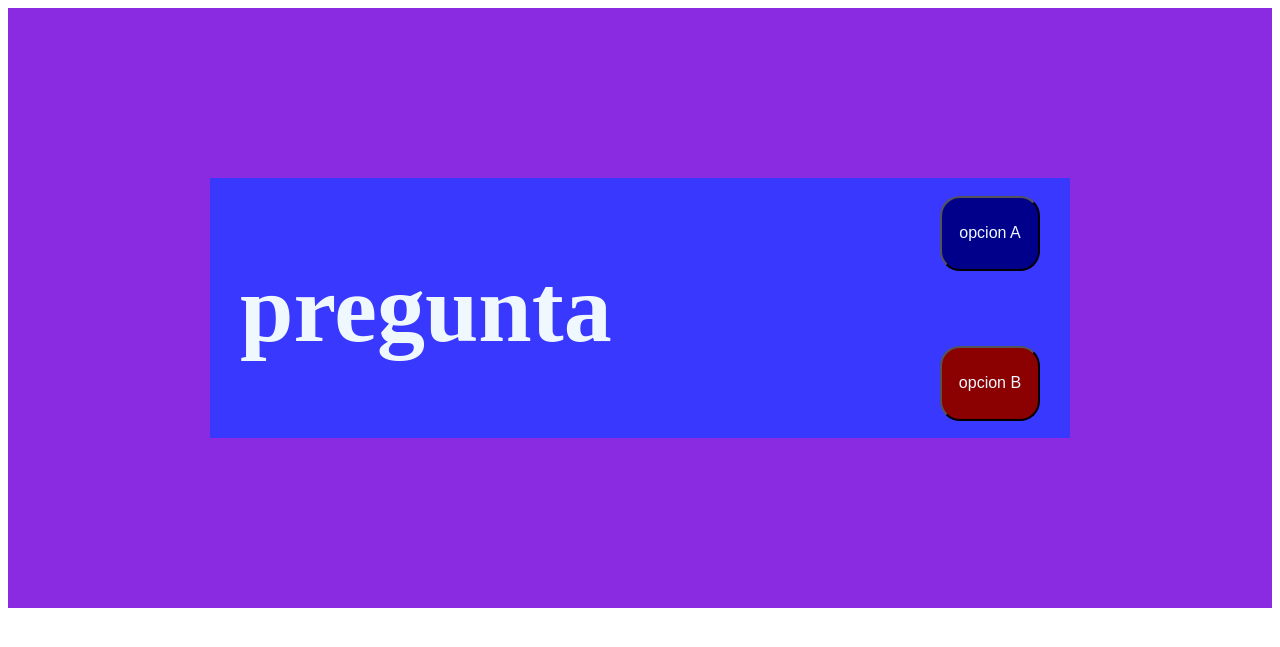
Repository: eschala/Proyecto_Clonaci-n_Kahoot_2023-2
Page: Borrador_Samir_Kahoot_NEW/Prueaba_Validar.html
An editor plug-in stored every save of this project. The page is shown before and after a run of saves, followed by the edit.
The browser window is 1280 px wide. The pictures show the whole page.

Above is the page before, as saved 2023-11-29 13:07:33.
Console error: TypeError: Cannot set properties of null (setting 'innerHTML')

### Borrador_Samir_Kahoot_NEW/Prueaba_Validar.html
<!DOCTYPE html>
<html lang="en">

<head>
    <meta charset="UTF-8">
    <meta name="viewport" content="width=device-width, initial-scale=1.0">
    <title>Document</title>
    <style>

    </style>
    <link rel="stylesheet" href="stylePrueba.css">

</head>

<body>
    <div class="container">

        <div class="sectionContainer">

            <h1 class="tituloClass">
                pregunta
            </h1>

            <div class="section_Buttons">
                <div class="btn_content"><button type="button" class="btn_1 botones">opcion A</button></div>
                <div class="btn_content"><button type="button" class="btn_2 botones">opcion B</button></div>



            </div>

        </div>

    </div>

    <script src="respuesta_VALIDAR.js"></script>
</body>

</html>

### Borrador_Samir_Kahoot_NEW/stylePrueba.css
.container {

    width: 100%;
    height: 600px;
    background-color: blueviolet;

    display: flex;
    flex-direction: column;

    align-items: center;
    justify-content: center;

}

.sectionContainer {

    height: 200px;
    width: 800px;

    background-color: rgb(56, 56, 255);

    display: flex;
    justify-content: space-between;
    align-items: center;
    color: aliceblue;

    font-size: 3rem;
    padding: 30px;
}

.sub_Container_2 {

    height: 200px;
    width: 800px;

    background-color: red;

    display: flex;

}

.btn_content {
    height: 150px;
    width: 100px;
    display: flex;

    align-items: center;
    justify-content: center;
}

.btn_1 {
    width: 100%;
    height: 50%;

    background-color:darkblue;
}

.btn_2 {
    width: 100%;
    height: 50%;

    background-color:darkred;
}

.botones:hover{

    opacity: 50%;
    cursor: pointer;
}

.botones{

    color:aliceblue;
    font-size: 1rem;
    cursor: pointer;

    border-radius: 20px;
    borde
}

### Borrador_Samir_Kahoot_NEW/respuesta_VALIDAR.js
const element_counterScreen = document.querySelector(".counterScreen");
        const element_counterScreen_2 = document.querySelector(".counterScreen_2");
        const element_botones_1 = document.querySelector(".botones_1");
        const element_botones_2 = document.querySelector(".botones_2");

        let count = 10;
        let clicks = 0;
        let timerSet;

        element_counterScreen.innerHTML = count + "s";

        const activarTiempo = () => {
            element_botones_1.innerHTML="Reiniciar";
            clearInterval(timerSet);
            timerSet = setInterval(contarSegundos, 1000);
        };

        const contarSegundos = () => {
            count--;
            element_counterScreen.innerHTML = count + "s";

            if (count <= 0) {
                activarTiempo();
                element_botones_1.disabled = false;
            } else {
                element_botones_1.disabled = true;
            }

            if (count == 10) {
                element_botones_1.style.display = "none";
            } else {
                element_botones_1.style.display = "block";
            }
            if(count<0){
                element_counterScreen.innerHTML=0+"s";
            }else{
                element_counterScreen.innerHTML = count + "s";

            }
        };

        const contarCLICKS = () => {
            clicks++;
            element_counterScreen_2.innerHTML = clicks + " clicks";
        };

        const reiniciarContador = () => {
            clearInterval(timerSet);
            count = 10;
            element_counterScreen.innerHTML = count + "s";

            if (count == 10) {
                element_botones_1.style.display = "none";
            } else {
                element_botones_1.style.display = "block";
            }

            activarTiempo();
        };

        const detenerContador = () => {
            clearInterval(timerSet);
            element_counterScreen.innerHTML = "Tiempo detenido";
            element_botones_1.style.display = "block";
            element_botones_1.disabled = false;
            element_botones_1.innerHTML="Iniciar";
        };

        element_botones_1.addEventListener("click", reiniciarContador);
        element_botones_1.addEventListener("click", contarCLICKS);
        element_botones_2.addEventListener("click", detenerContador);

        activarTiempo();

After the next 2 saves:
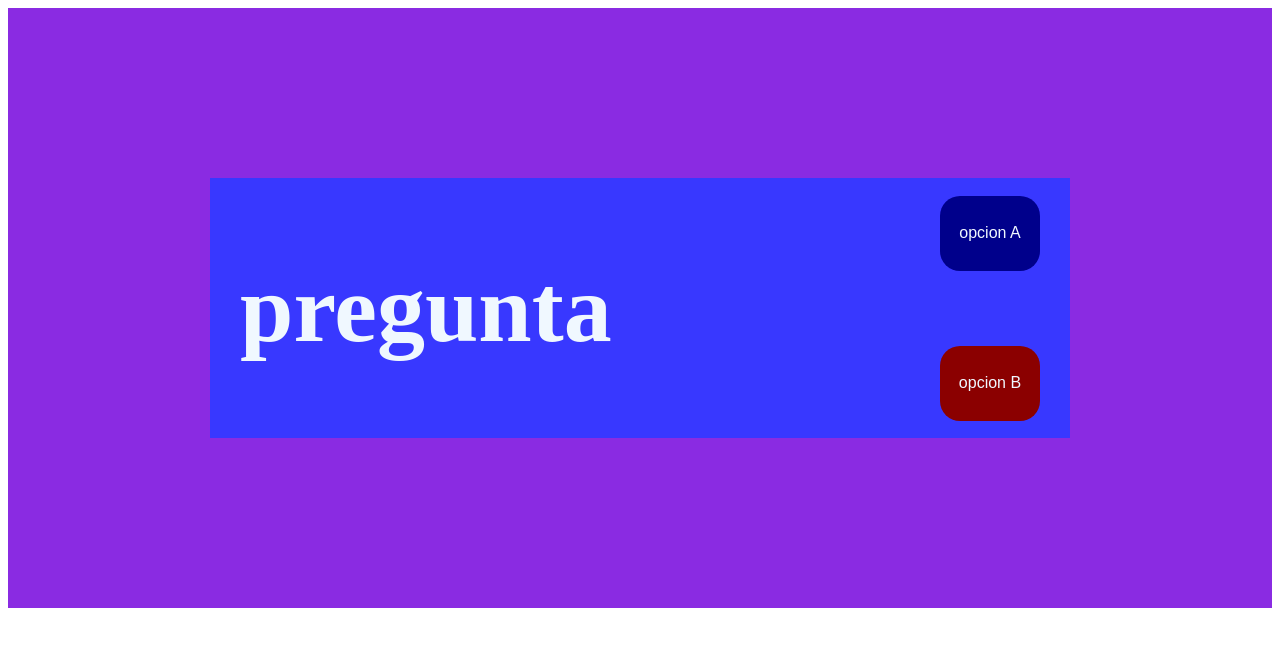
The 2 saves are shown as one change because they came seconds apart.
The last was saved 8 s later.
--- a/Borrador_Samir_Kahoot_NEW/stylePrueba.css
+++ b/Borrador_Samir_Kahoot_NEW/stylePrueba.css
@@ -75,5 +75,5 @@
     cursor: pointer;
 
     border-radius: 20px;
-    borde
+    border: 0;
 }
